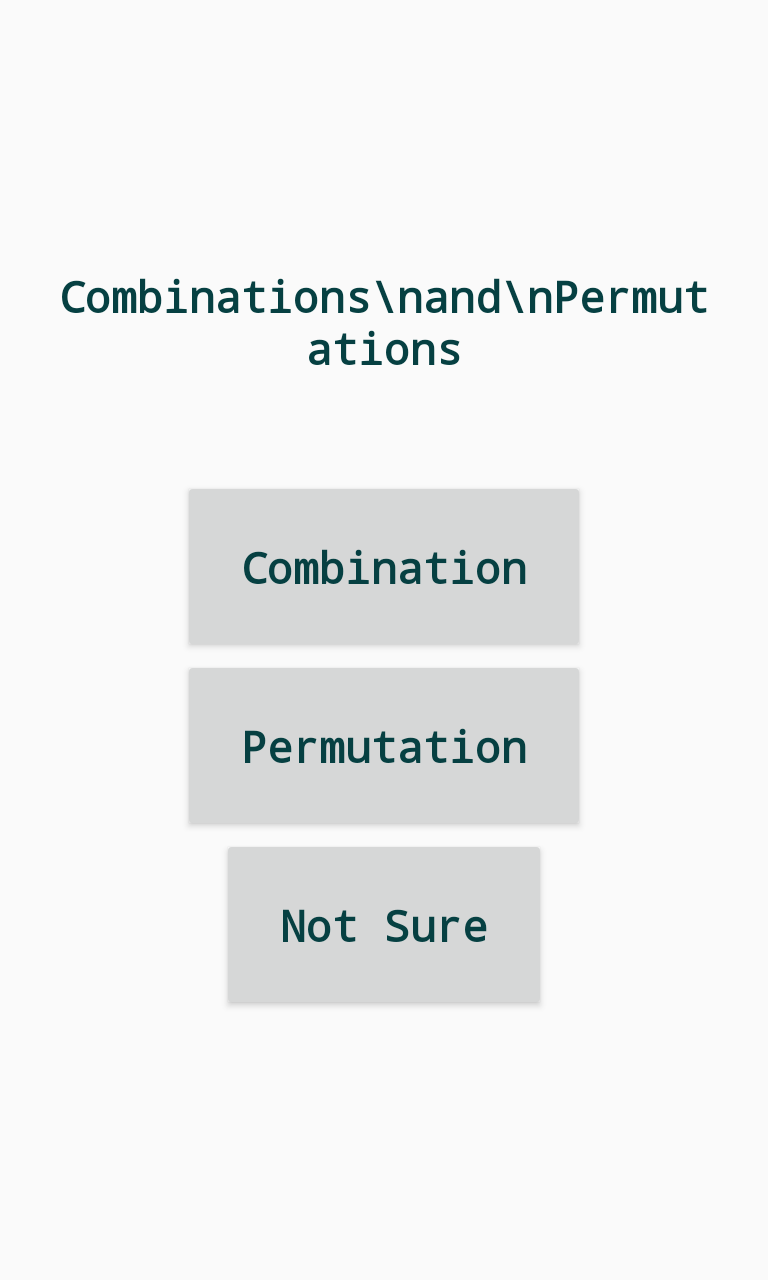
Repository: rontejada1991/Combinations-and-Permutations-Android-App
Layout: combinations/res/layout/activity_main.xml
An editor plug-in stored every save of this project. The layout is shown before and after the next save, followed by the edit.
It is drawn on a 768 x 1280 px phone screen (xhdpi) without system bars, with theme AppTheme; the app's code is not run.

Above is the layout before, as saved 2014-11-07 20:04:28.

### combinations/res/layout/activity_main.xml
<LinearLayout xmlns:android="http://schemas.android.com/apk/res/android"
    xmlns:tools="http://schemas.android.com/tools"
    android:layout_width="match_parent"
    android:layout_height="match_parent"
	android:orientation="vertical"
	android:gravity="center"
	android:padding="25dp"
    tools:context="com.silvercloudgames.combinations.MainActivity" >

    <TextView
        android:id="@+id/tv_title"
        style="@style/CodeFont"
        android:layout_width="fill_parent"
        android:text="Combinations\nand\nPermutations"
        android:layout_marginBottom="50dp" />

    <Button
        android:id="@+id/b_begin"
        style="@style/CodeFont"
        android:text="Combination"
        android:padding="30dp"
        android:onClick="onBeginPressed" />

    <Button
        android:id="@+id/b_begin"
        style="@style/CodeFont"
        android:text="Permutation"
        android:padding="30dp"
        android:onClick="onBeginPressed" />

     <Button
        android:id="@+id/b_begin"
        style="@style/CodeFont"
        android:text="Not Sure"
        android:padding="30dp"
        android:onClick="onBeginPressed" />


</LinearLayout>

### combinations/res/values/code_font.xml
<?xml version="1.0" encoding="utf-8"?>
<resources xmlns:android="http://schemas.android.com/apk/res/android">

    <style name="CodeFont">
        <item name="android:layout_width">wrap_content</item>
        <item name="android:layout_height">wrap_content</item>
        <item name="android:textColor">#064042</item>
        <item name="android:textStyle">bold</item>
        <item name="android:typeface">monospace</item>
        <item name="android:gravity">center</item>
        <item name="android:textAppearance">@android:style/TextAppearance.Large</item>
    </style>

    <style name="CodeFont.Med">
        <item name="android:textAppearance">@android:style/TextAppearance.Medium</item>
    </style>

    <style name="CodeFont.Italic">
        <item name="android:textStyle">italic</item>
    </style>

</resources>

Loaded but not shown: combinations/res/values/styles.xml (common file); combinations/res/values-v11/styles.xml (common file); combinations/res/values-v14/styles.xml (common file)

After the next save:
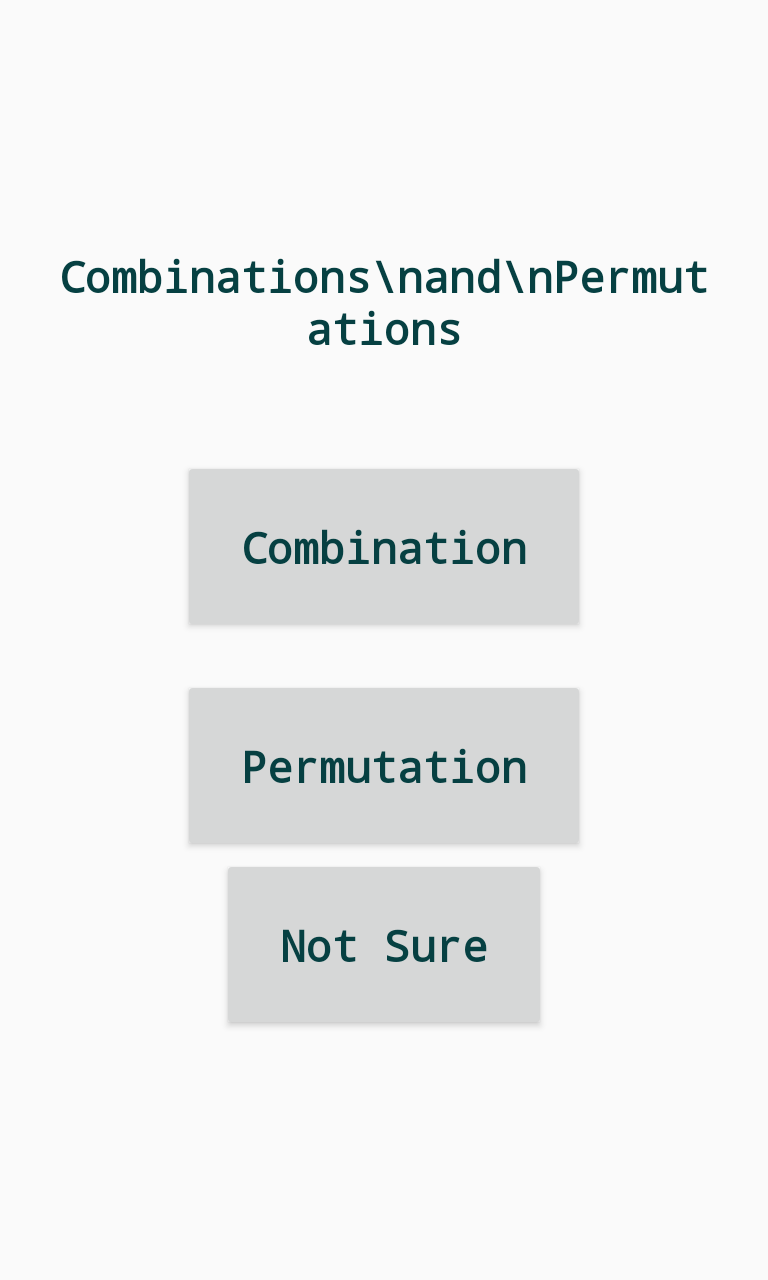
Saved 51 s later.
--- a/combinations/res/layout/activity_main.xml
+++ b/combinations/res/layout/activity_main.xml
@@ -19,6 +19,7 @@
         style="@style/CodeFont"
         android:text="Combination"
         android:padding="30dp"
+        android:layout_marginBottom="20dp"
         android:onClick="onBeginPressed" />
 
     <Button
